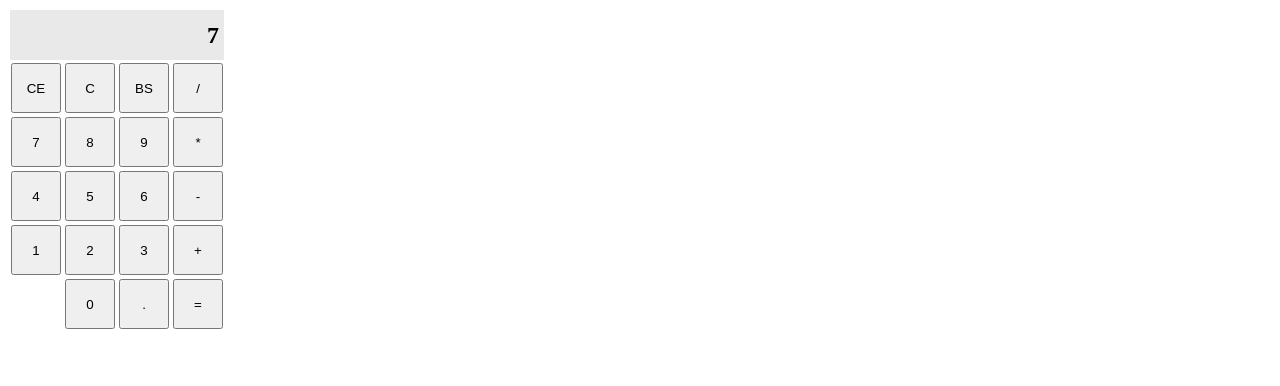
Repository: Jason-TG/workspace
Page: http://localhost/JSP_Project/calculator.jsp
The author's editor kept a copy of each file at every save. The page is drawn from the files as they stood at one save, then again after the next save.
The browser window is 1280 px wide. The pictures show the whole page.
The page is served by Tomcat 9. Nobody is signed in. The application's start-up code is not run.

Above is the page before, as saved 2021-07-13 02:44:34.

After the next save:
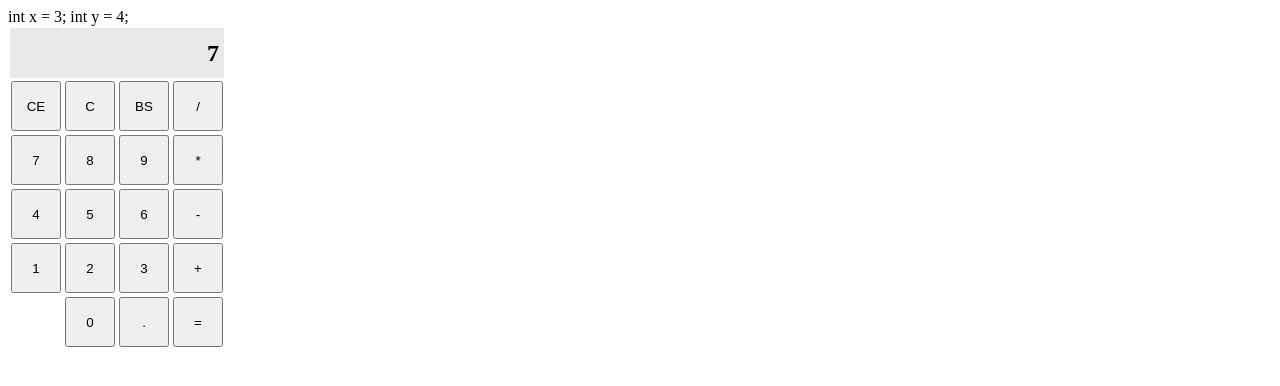
Saved 31 min 39 s later.
--- a/JSP_Project/src/main/webapp/calculator.jsp
+++ b/JSP_Project/src/main/webapp/calculator.jsp
@@ -1,4 +1,7 @@
 
+
+int x = 3;
+int y = 4;
 
 <!DOCTYPE html>
 

After the save that followed:
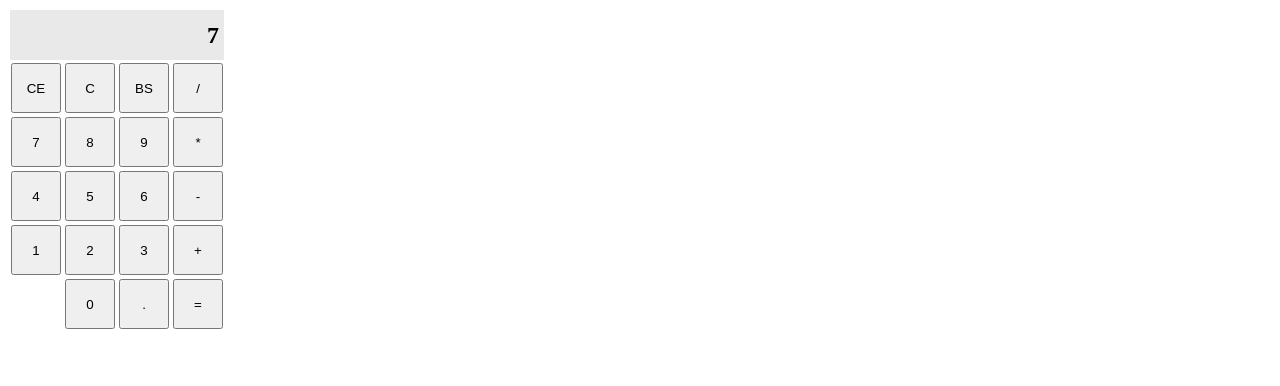
Saved 68 s later.
--- a/JSP_Project/src/main/webapp/calculator.jsp
+++ b/JSP_Project/src/main/webapp/calculator.jsp
@@ -1,7 +1,9 @@
 
 
+<%
 int x = 3;
 int y = 4;
+%>
 
 <!DOCTYPE html>
 
